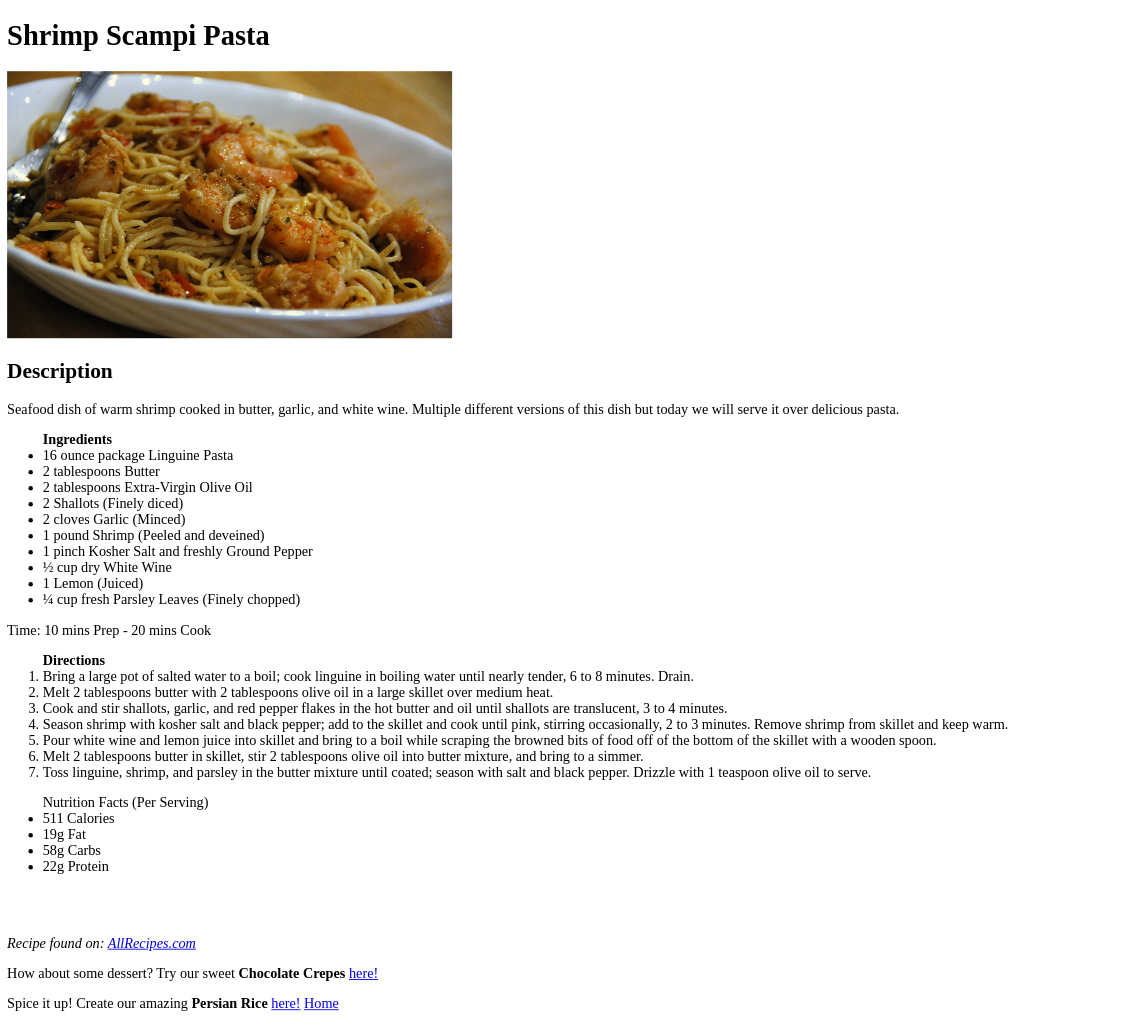
Repository: Mervens/odin-recipes
Page: recipes/pasta.html
An editor plug-in stored every save of this project. The page is shown before and after the next save, followed by the edit.
The browser window is 1280 px wide. The pictures show the whole page, at 89% of full size.

Above is the page before, as saved 2025-06-18 12:59:41.

After the next save:
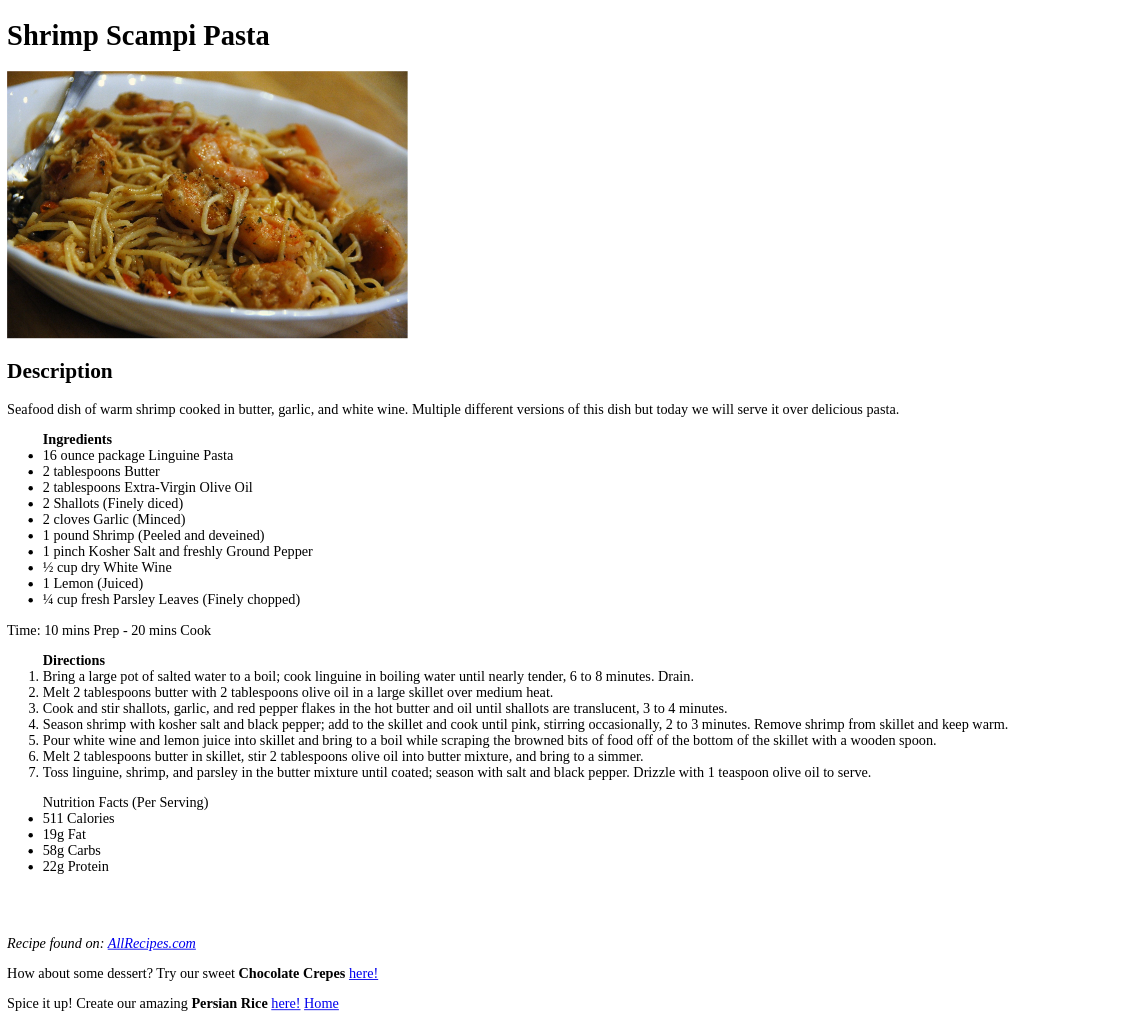
Saved 21 s later.
--- a/recipes/pasta.html
+++ b/recipes/pasta.html
@@ -11,7 +11,7 @@
     <h1>Shrimp Scampi Pasta</h1>
 
     <img src="../recipes/images/Shrimp Scampi.png"
-        alt="Photo of Shrimp Scampi Pasta. Image found on Flickr - linked in ReadME." height=300 width=500>
+        alt="Photo of Shrimp Scampi Pasta. Image found on Flickr - linked in ReadME." height=300 width=450>
     <h2>Description</h2>
     <p>Seafood dish of warm shrimp cooked in butter, garlic, and white wine. Multiple different versions of this dish
         but today we will serve it over delicious pasta.</p>
